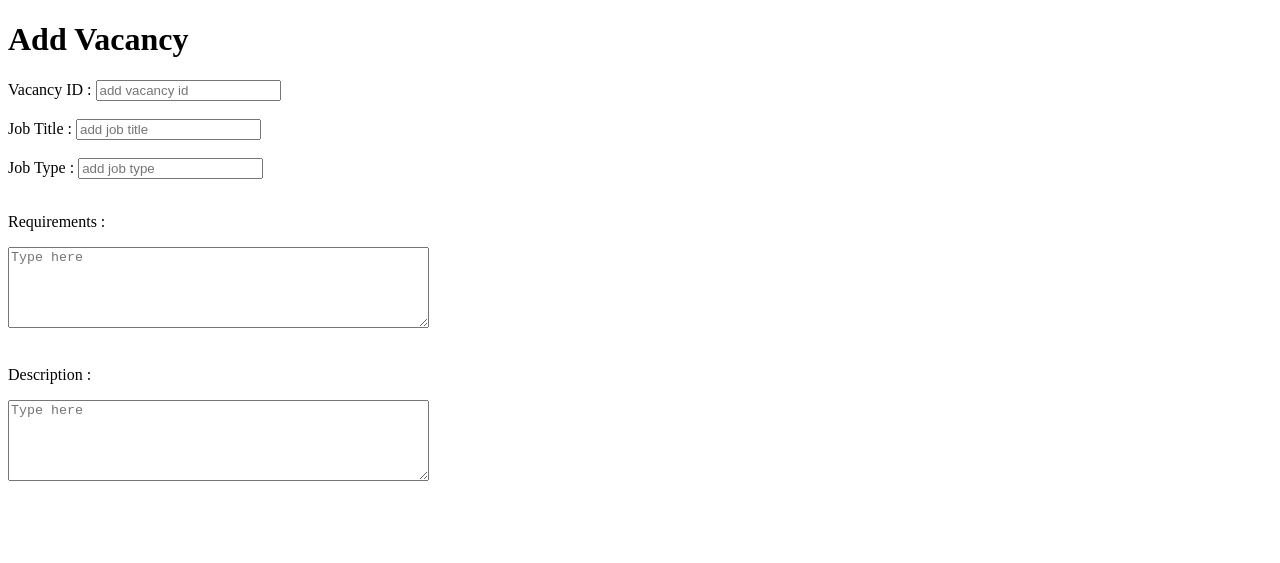
Repository: IT21221064/JobPortal
Page: http://localhost/signup/addVacancy.jsp
An editor plug-in stored every save of this project. The page is shown before and after the next save, followed by the edit.
The browser window is 1280 px wide. The pictures show the whole page.
The page is served by Tomcat 9.

Above is the page before, as saved 2023-07-14 17:23:40.

### jobPortal/signup/src/main/webapp/addVacancy.jsp
<%@ page language="java" contentType="text/html; charset=ISO-8859-1"
    pageEncoding="ISO-8859-1"%>
<!DOCTYPE html>
<html>
<head>
<meta charset="ISO-8859-1">
<title>Insert title here</title>
</head>
<body>
<h1>Add Vacancy</h1>
<label for="vid">Vacancy ID : </label>
<input type="text" name="vid" id="vid" placeholder="add vacancy id"><br><br>
<label for="vtitle">Job Title : </label>
<input type="text" name="vtitle" id="vtitle" placeholder="add job title"><br><br>
<label for="vtitle">Job Type : </label>
<input type="text" name="vtitle" id="vtitle" placeholder="add job type"><br><br>
<p><label for ="jobreqs">Requirements : </label></p>
<textarea id="jobreqs" name="jobreqs" rows="5" cols="50" placeholder="Type here"></textarea><br><br>
<p><label for ="jobdesc">Description : </label></p>
<textarea id="jobdesc" name="jobdesc" rows="5" cols="50" placeholder="Type here"></textarea><br><br>


</body>
</html>

After the next save:
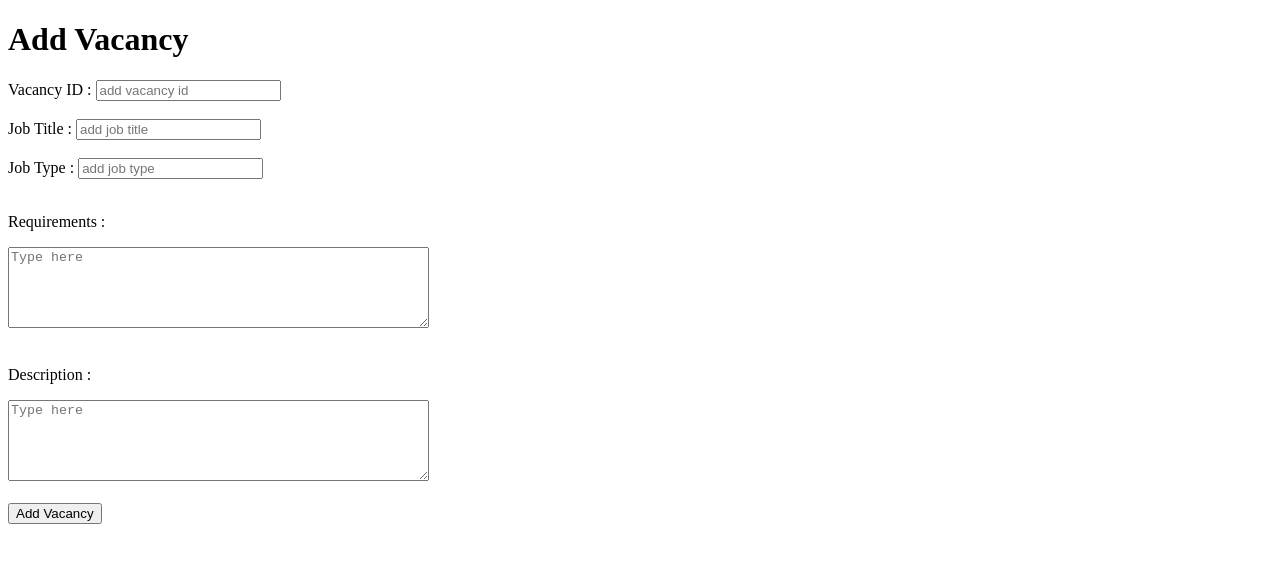
Saved 2 min 14 s later.
--- a/jobPortal/signup/src/main/webapp/addVacancy.jsp
+++ b/jobPortal/signup/src/main/webapp/addVacancy.jsp
@@ -18,6 +18,7 @@
 <textarea id="jobreqs" name="jobreqs" rows="5" cols="50" placeholder="Type here"></textarea><br><br>
 <p><label for ="jobdesc">Description : </label></p>
 <textarea id="jobdesc" name="jobdesc" rows="5" cols="50" placeholder="Type here"></textarea><br><br>
+ <button class="btn btn-primary col-md-12">Add Vacancy</button>
 
 
 </body>
